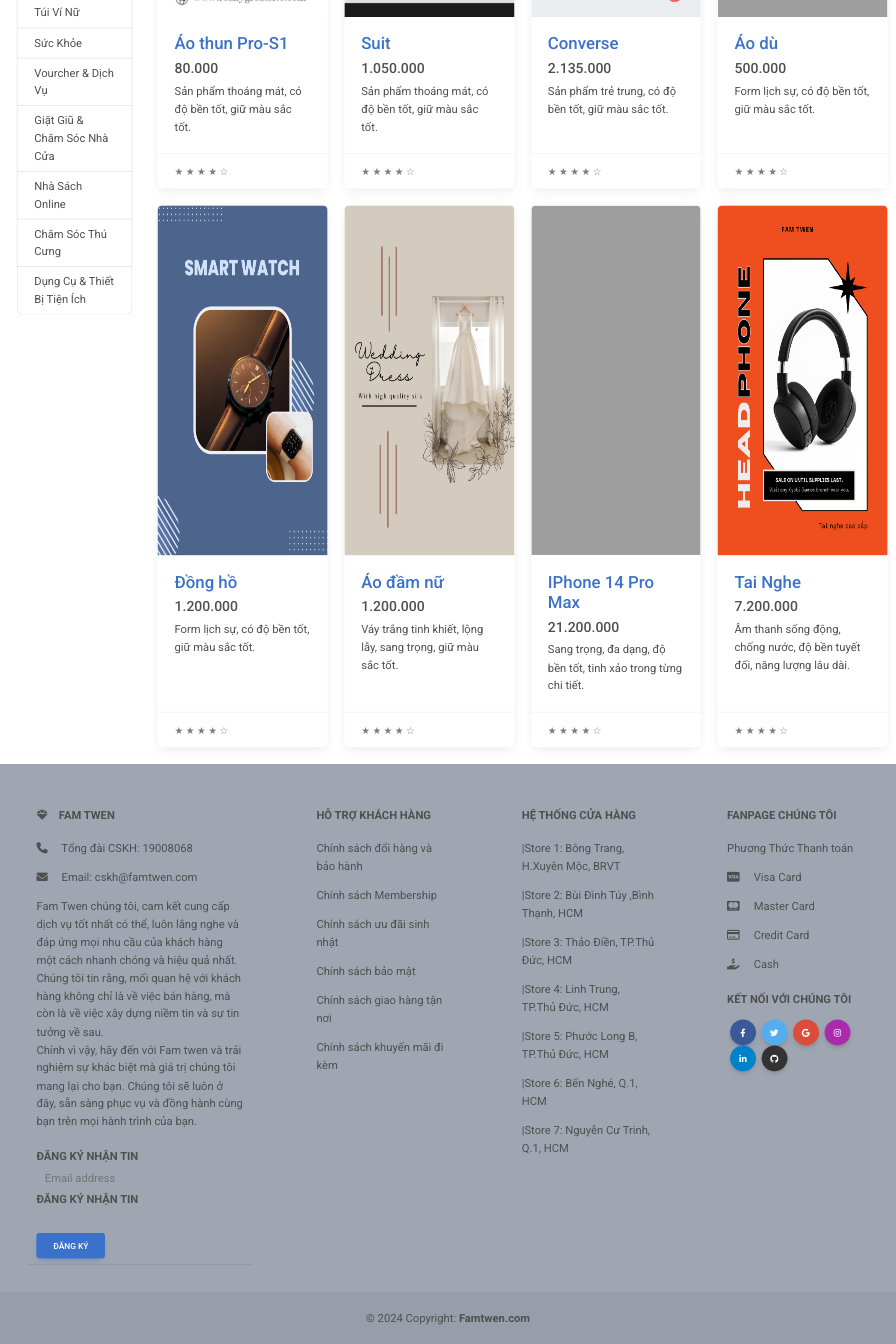
Repository: famtwendev/JSP_workspace
Page: http://localhost/Bai24_Bookstore11_GomNhomCacSuKien/
These files come from the project's save history. The page is drawn as it stood at one moment and after the next save; the edit follows.
The browser window is 1280 px wide. The pictures show the part of the page from y = 829 to 2749 px (the page is 2749 px tall before and 2687 px after), at 70% of full size.
Pictures or frames that could not be fetched are drawn as grey boxes. The page is served by Tomcat 9. Other server files are loaded and not shown.

Above is the page before, as saved 2024-03-23 14:11:35.
Console error: SyntaxError: Cannot use import statement outside a module

### Bai24_Bookstore11_GomNhomCacSuKien/src/main/webapp/index.jsp
<%@page import="model.KhachHang"%>
<%@ page language="java" contentType="text/html; charset=UTF-8" pageEncoding="UTF-8"%>
<!DOCTYPE html>
<html>
<head>
<meta charset="UTF-8">
<meta name="viewport" content="width=device-width, initial-scale=1.0">
<title>Bookstore</title>
<!-- MDB icon -->
<link rel="icon" href="img/mdb-favicon.ico" type="image/x-icon" />
<!-- Font Awesome -->
<link rel="stylesheet"
	href="https://cdnjs.cloudflare.com/ajax/libs/font-awesome/6.0.0/css/all.min.css" />
<!-- Google Fonts Roboto -->
<link rel="stylesheet"
	href="https://fonts.googleapis.com/css2?family=Roboto:wght@300;400;500;700;900&display=swap" />
<%
String url = request.getScheme() + "://" + request.getServerName() + ":" + request.getServerPort()
		+ request.getContextPath();
%>
<link rel="stylesheet" href="<%=url%>/css/mdb.min.css">
</head>
<body>
	<div>
		<!-- Navbar -->
		<nav class="navbar navbar-expand-lg navbar-light bg-body-tertiary">
			<!-- Container wrapper -->
			<div class="container-fluid">
				<!-- Toggle button -->
				<button data-mdb-collapse-init class="navbar-toggler" type="button"
					data-mdb-target="#navbarSupportedContent" aria-controls="navbarSupportedContent"
					aria-expanded="false" aria-label="Toggle navigation">
					<i class="fas fa-bars"></i>
				</button>

				<!-- Collapsible wrapper -->
				<div class="collapse navbar-collapse" id="navbarSupportedContent">
					<!-- Navbar brand -->
					<a class="navbar-brand mt-2 mt-lg-0" href="./dangky.jsp">
						<img src="<%=url%>/img/kologo.svg" height="50" alt="Fam Twen Logo" loading="lazy" />
					</a>
					<!-- Left links -->
					<ul class="navbar-nav me-auto mb-2 mb-lg-0">
						<li class="nav-item"><a class="nav-link" href="#">Trang chủ</a></li>
						<li class="nav-item"><a class="nav-link" href="#">Giảm giá</a></li>


						<li class="nav-item dropdown"><span class="nav-link dropdown-toggle"
							role="button" data-bs-toggle="dropdown" data-mdb-dropdown-init data-mdb-ripple-init
							aria-expanded="false"> Thể loại </span>
							<ul class="dropdown-menu">
								<li><a class="dropdown-item" href="#">Quần Jeans</a></li>
								<li><a class="dropdown-item" href="#">Áo polo</a></li>
								<li><hr class="dropdown-divider"></li>
								<li><a class="dropdown-item" href="#">Hoodie</a></li>
							</ul></li>
						<li class="nav-item"><a class="nav-link disabled" aria-disabled="true" href="#">Hết
								hàng</a></li>
					</ul>

					<!-- Left links -->
				</div>
				<!-- Collapsible wrapper -->

				<!-- Right elements -->
				<div class="d-flex align-items-center">


					<input type="search" class="form-control rounded" placeholder="Search"
						aria-label="Search" aria-describedby="search-addon" />
					<span class="input-group-text border border-dark border-0" id="search-addon">
						<i class="fas fa-search"></i>
					</span>
					<%
					Object objKH = session.getAttribute("khachHang");
					KhachHang khachHang = null;
					if (objKH != null)
						khachHang = (KhachHang) objKH;
					if (khachHang == null) {
					%>
					<a data-mdb-ripple-init class="btn btn-link border border-primary px-3 me-2"
						style="white-space: nowrap;" href="dangnhap.jsp">Đăng nhập</a>
					<a data-mdb-ripple-init class="btn btn-primary me-3" style="white-space: nowrap;"
						href="dangky.jsp">Đăng ký</a>
					<%
					} else {
					%>
					<!-- Icon -->
					<a class="text-reset me-3 px-2" href="#">
						<i class="fas fa-shopping-cart"></i>
					</a>

					<!-- Notifications -->
					<div class="dropdown px-2">
						<a data-mdb-dropdown-init class="text-reset me-3 dropdown-toggle hidden-arrow"
							href="#" id="navbarDropdownMenuLink" role="button" aria-expanded="false">
							<i class="fas fa-bell"></i> <span
								class="badge rounded-pill badge-notification bg-danger">1</span>
						</a>
						<ul class="dropdown-menu dropdown-menu-end" aria-labelledby="navbarDropdownMenuLink">
							<li><a class="dropdown-item" href="#">Thông báo mới</a></li>
							<li><a class="dropdown-item" href="#">Thông báo đã đọc</a></li>
							<li><a class="dropdown-item" href="#">Thông báo đã ẩn</a></li>
						</ul>
					</div>
					<!-- Avatar -->
					<div class="dropdown px-2">
						<a data-mdb-dropdown-init
							class="dropdown-toggle d-flex align-items-center hidden-arrow" href="#"
							id="navbarDropdownMenuAvatar" role="button" aria-expanded="false">
							<img src="<%=url%>/img/kologo.svg" class="rounded-circle" height="25"
								alt="User icon" loading="lazy" />
						</a>
						<ul class="dropdown-menu dropdown-menu-end"
							aria-labelledby="navbarDropdownMenuAvatar">
							<li><a class="dropdown-item fs-6 fw-bolder" href="./index.jsp">
									Xin chào,
									<%=khachHang.getHoVaTen()%></a></li>
							<li><hr class="dropdown-divider"></li>
							<li><a class="dropdown-item" href="#">Đơn hàng của tôi</a></li>
							<li><a class="dropdown-item" href="#">Thông báo</a></li>
							<li><a class="dropdown-item" href="thaydoithongtinKH.jsp">Thay đổi thông
									tin</a></li>
							<li><a class="dropdown-item" href="doimatkhau.jsp">Đổi mật khẩu</a></li>
							<li><hr class="dropdown-divider"></li>
							<li><a class="dropdown-item" href="dang-xuat">Đăng xuất</a></li>
						</ul>
					</div>
					<%
					}
					%>
				</div>
			</div>
			<!-- Right elements -->

			<!-- Container wrapper -->
		</nav>
		<!-- Navbar -->


		<!-- Page content -->
		<section class="container-fluid">
			<div class="row">
				<div class="col-sm-6 col-lg-2 col">
					<div class="container-fluid mt-3">
						<div class="list-group">
							<a href="#" class="list-group-item list-group-item-dark">Danh Mục Sản Phẩm</a>
							<a href="#" class="list-group-item list-group-item-action">Điện Thoại & Phụ
								Kiện</a>
							<a href="#" class="list-group-item list-group-item-action">Máy Ảnh & Quay Phim</a>
							<a href="#" class="list-group-item list-group-item-action">Máy Tính & Laptop</a>
							<a href="#" class="list-group-item list-group-item-action">Thời Trang Nam</a>
							<a href="#" class="list-group-item list-group-item-action">Thời Trang Nữ</a>
							<a href="#" class="list-group-item list-group-item-action">Giày Dép Nữ</a>
							<a href="#" class="list-group-item list-group-item-action">Giày Dép Nam</a>
							<a href="#" class="list-group-item list-group-item-action">Mẹ & Bé</a>
							<a href="#" class="list-group-item list-group-item-action">Thời Trang Trẻ Em</a>
							<a href="#" class="list-group-item list-group-item-action">Đồng hồ</a>
							<a href="#" class="list-group-item list-group-item-action">Phụ Kiện & Trang Sức
								Nữ</a>
							<a href="#" class="list-group-item list-group-item-action">Ô Tô & Xe Máy & Xe
								Đạp</a>
							<a href="#" class="list-group-item list-group-item-action">Túi Ví Nữ</a>
							<a href="#" class="list-group-item list-group-item-action">Sức Khỏe</a>
							<a href="#" class="list-group-item list-group-item-action">Vourcher & Dịch Vụ</a>
							<a href="#" class="list-group-item list-group-item-action">Giặt Giũ & Chăm Sóc
								Nhà Cửa</a>
							<a href="#" class="list-group-item list-group-item-action">Nhà Sách Online</a>
							<a href="#" class="list-group-item list-group-item-action">Chăm Sóc Thú Cưng</a>
							<a href="#" class="list-group-item list-group-item-action">Dụng Cụ & Thiết Bị
								Tiện Ích</a>
						</div>
					</div>
				</div>
				<div class="col-sm-6 col-lg-10">
					<div class="row">
						<!-- Carousel wrapper -->
						<div class="carousel slide carousel-fade" id="carouselBasicExample"
							data-mdb-ride="carousel" data-mdb-carousel-init>
							<!-- Indicators -->
							<div class="carousel-indicators">
								<button type="button" data-mdb-target="#carouselBasicExample"
									data-mdb-slide-to="0" class="active" aria-current="true" aria-label="Slide 1"></button>
								<button type="button" data-mdb-target="#carouselBasicExample"
									data-mdb-slide-to="1" aria-label="Slide 2"></button>
								<button type="button" data-mdb-target="#carouselBasicExample"
									data-mdb-slide-to="2" aria-label="Slide 3"></button>
							</div>

							<!-- Inner -->
							<div class="carousel-inner">
								<!-- Single item -->
								<div class="carousel-item active">
									<img src="./img/slider/5.png" class="d-block w-100" alt="Sunset Over the City" />
									<div class="carousel-caption d-none d-md-block">
										<h5>First slide label</h5>
										<p>Nulla vitae elit libero, a pharetra augue mollis interdum.</p>
									</div>
								</div>

								<!-- Single item -->
								<div class="carousel-item">
									<img src="./img/slider/3.png" class="d-block w-100" alt="Canyon at Nigh" />
									<div class="carousel-caption d-none d-md-block">
										<h5>Second slide label</h5>
										<p>Lorem ipsum dolor sit amet, consectetur adipiscing elit.</p>
									</div>
								</div>

								<!-- Single item -->
								<div class="carousel-item">
									<img src="./img/slider/2.png" class="d-block w-100"
										alt="Cliff Above a Stormy Sea" />
									<div class="carousel-caption d-none d-md-block">
										<h5>Third slide label</h5>
										<p>Praesent commodo cursus magna, vel scelerisque nisl consectetur.</p>
									</div>
								</div>
							</div>
							<!-- Inner -->

							<!-- Controls -->
							<button class="carousel-control-prev" type="button"
								data-mdb-target="#carouselBasicExample" data-mdb-slide="prev">
								<span class="carousel-control-prev-icon" aria-hidden="true"></span> <span
									class="visually-hidden">Previous</span>
							</button>
							<button class="carousel-control-next" type="button"
								data-mdb-target="#carouselBasicExample" data-mdb-slide="next">
								<span class="carousel-control-next-icon" aria-hidden="true"></span> <span
									class="visually-hidden">Next</span>
							</button>
						</div>
						<!-- Carousel wrapper -->
					</div>


					<div class="row mt-3">
						<div class="col-lg-3 mb-4">
							<div class="card h-100">
								<a href="#">
									<img class="card-img-top" src="img/products/1.png" alt="Sản phẩm áo"
										height=500rem;>
								</a>
								<div class="card-body">
									<h4 class="card-title">
										<a href="#">Áo thun Pro-S1</a>
									</h4>
									<h5>80.000</h5>
									<p class="card-text">Sản phẩm thoáng mát, có độ bền tốt, giữ màu sắc tốt.</p>
								</div>
								<div class="card-footer">
									<small class="text-muted">&#9733; &#9733; &#9733; &#9733; &#9734;</small>
								</div>
							</div>
						</div>

						<div class="col-lg-3 mb-4 ">
							<div class="card h-100">
								<a href="#">
									<img class="card-img-top" src="img/products/2.png" alt="Sản phẩm áo"
										height=500rem;>
								</a>
								<div class="card-body">
									<h4 class="card-title">
										<a href="#">Suit</a>
									</h4>
									<h5>1.050.000</h5>
									<p class="card-text">Sản phẩm thoáng mát, có độ bền tốt, giữ màu sắc tốt.</p>
								</div>
								<div class="card-footer">
									<small class="text-muted">&#9733; &#9733; &#9733; &#9733; &#9734;</small>
								</div>
							</div>
						</div>

						<div class="col-lg-3 mb-4">
							<div class="card h-100">
								<a href="#">
									<img class="card-img-top" src="img/products/shoe.png" alt="Sản phẩm giày"
										height=500rem;>
								</a>
								<div class="card-body">
									<h4 class="card-title">
										<a href="#">Converse</a>
									</h4>
									<h5>2.135.000</h5>
									<p class="card-text">Sản phẩm trẻ trung, có độ bền tốt, giữ màu sắc tốt.</p>
								</div>
								<div class="card-footer">
									<small class="text-muted">&#9733; &#9733; &#9733; &#9733; &#9734;</small>
								</div>
							</div>
						</div>

						<div class="col-lg-3 mb-4">
							<div class="card h-100">
								<a href="#">
									<img class="card-img-top" src="img/products/4.png" alt="Sản phẩm áo"
										height=500rem;>
								</a>
								<div class="card-body">
									<h4 class="card-title">
										<a href="#">Áo dù</a>
									</h4>
									<h5>500.000</h5>
									<p class="card-text">Form lịch sự, có độ bền tốt, giữ màu sắc tốt.</p>
								</div>
								<div class="card-footer">
									<small class="text-muted">&#9733; &#9733; &#9733; &#9733; &#9734;</small>
								</div>
							</div>
						</div>

						<div class="col-lg-3 mb-4">
							<div class="card h-100">
								<a href="#">
									<img class="card-img-top" src="img/products/dongho.png" alt="Sản phẩm đồng hồ"
										height=500rem;>
								</a>
								<div class="card-body">
									<h4 class="card-title">
										<a href="#">Đồng hồ</a>
									</h4>
									<h5>1.200.000</h5>
									<p class="card-text">Form lịch sự, có độ bền tốt, giữ màu sắc tốt.</p>
								</div>
								<div class="card-footer">
									<small class="text-muted">&#9733; &#9733; &#9733; &#9733; &#9734;</small>
								</div>
							</div>
						</div>

						<div class="col-lg-3 mb-4">
							<div class="card h-100">
								<a href="#">
									<img class="card-img-top" src="img/products/dress.png" alt="Sản phẩm đầm nữ"
										height=500rem;>
								</a>
								<div class="card-body">
									<h4 class="card-title">
										<a href="#">Áo đầm nữ</a>
									</h4>
									<h5>1.200.000</h5>
									<p class="card-text">Váy trắng tinh khiết, lộng lẫy, sang trọng, giữ màu sắc
										tốt.</p>
								</div>
								<div class="card-footer">
									<small class="text-muted">&#9733; &#9733; &#9733; &#9733; &#9734;</small>
								</div>
							</div>
						</div>


						<div class="col-lg-3 mb-4">
							<div class="card h-100">
								<a href="#">
									<img class="card-img-top" src="img/products/iphone.png" alt="Sản phẩm thiết bị"
										height=500rem;>
								</a>
								<div class="card-body">
									<h4 class="card-title">
										<a href="#">IPhone 14 Pro Max</a>
									</h4>
									<h5>21.200.000</h5>
									<p class="card-text">Sang trọng, đa dạng, độ bền tốt, tinh xảo trong từng chi
										tiết.</p>
								</div>
								<div class="card-footer">
									<small class="text-muted">&#9733; &#9733; &#9733; &#9733; &#9734;</small>
								</div>
							</div>
						</div>


						<div class="col-lg-3 mb-4">
							<div class="card h-100">
								<a href="#">
									<img class="card-img-top" src="img/products/tainghe.png" alt="Sản phẩm phụ kiện"
										height=500rem;>
								</a>
								<div class="card-body">
									<h4 class="card-title">
										<a href="#">Tai Nghe</a>
									</h4>
									<h5>7.200.000</h5>
									<p class="card-text">Âm thanh sống động, chống nước, độ bền tuyết đối, năng
										lượng lâu dài.</p>
								</div>
								<div class="card-footer">
									<small class="text-muted">&#9733; &#9733; &#9733; &#9733; &#9734;</small>
								</div>
							</div>
						</div>
					</div>
				</div>
			</div>

		</section>
		<!-- End Page Content -->




		<!-- Footer -->
		<footer class="text-center text-lg-start bg-secondary">

			<!-- Section: Links  -->

			<div class="container-fluid text-center text-md-start pt-3">
				<!-- Grid row -->
				<div class="row pt-5">
					<!-- Grid column -->
					<div class="col-md-3 col-lg-4 col-xl-3 mx-auto mb-4">
						<!-- Content -->
						<h6 class="text-uppercase fw-bold mb-4">
							<i class="fas fa-gem me-3"></i>FAM TWEN
						</h6>
						<p>
							<i class="fas fa-phone me-3"></i> Tổng đài CSKH: 19008068
						</p>
						<p>
							<i class="fas fa-envelope me-3"></i> Email: cskh@famtwen.com
						</p>
						<p>
							Fam Twen chúng tôi, cam kết cung cấp dịch vụ tốt nhất có thể, luôn lắng nghe và đáp
							ứng mọi nhu cầu của khách hàng một cách nhanh chóng và hiệu quả nhất. Chúng tôi tin
							rằng, mối quan hệ với khách hàng không chỉ là về việc bán hàng, mà còn là về việc
							xây dựng niềm tin và sự tin tưởng về sau.
							<br>
							Chính vì vậy, hãy đến với Fam twen và trải nghiệm sự khác biệt mà giá trị chúng tôi
							mang lại cho bạn. Chúng tôi sẽ luôn ở đây, sẵn sàng phục vụ và đồng hành cùng bạn
							trên mọi hành trình của bạn.
						</p>

						<!--Grid column-->
						<div class="col-auto">
							<p class="pt-2 m-0">
								<strong>ĐĂNG KÝ NHẬN TIN</strong>
							</p>
						</div>
						<!--Grid column-->
						<div class="row d-flex">
							<!--Grid column-->
							<div data-mdb-input-init class="col-md-8 col-8">
								<!-- Email input -->
								<div class="form-outline">
									<input type="email" id="form5Example26" class="form-control" />
									<label class="form-label" for="form5Example26">Email address</label>
								</div>
							</div>

							<div class="col-md-8 col-8">
								<!-- Email input -->
								<div class="form-outline">
									<strong>ĐĂNG KÝ NHẬN TIN</strong>
									<input type="email" id="form5Example26" class="form-control"/>
								</div>
							</div>



							<!--Grid column-->
							<div class="col-auto mb-2">
								<!-- Submit button -->
								<button data-mdb-ripple-init type="submit" class="btn btn-primary">Đăng
									ký</button>
							</div>
							<hr>
						</div>
					</div>
					<!-- Grid column -->

					<!-- Grid column -->
					<div class="col-md-2 col-lg-2 col-xl-2 mx-auto mb-3">
						<!-- Links -->
						<h6 class="text-uppercase fw-bold mb-4">HỖ TRỢ KHÁCH HÀNG</h6>
						<p>
							<a href="#!" class="text-reset">Chính sách đổi hàng và bảo hành</a>
						</p>
						<p>
							<a href="#!" class="text-reset">Chính sách Membership</a>
						</p>
						<p>
							<a href="#!" class="text-reset">Chính sách ưu đãi sinh nhật</a>
						</p>
						<p>
							<a href="#!" class="text-reset">Chính sách bảo mật</a>
						</p>
						<p>
							<a href="#!" class="text-reset">Chính sách giao hàng tận nơi</a>
						</p>
						<p>
							<a href="#!" class="text-reset">Chính sách khuyến mãi đi kèm</a>
						</p>
					</div>
					<!-- Grid column -->

					<!-- Grid column -->
					<div class="col-md-3 col-lg-2 col-xl-2 mx-auto mb-3">
						<!-- Links -->
						<h6 class="text-uppercase fw-bold mb-4">HỆ THỐNG CỬA HÀNG</h6>
						<p>
							<a href="#!" class="text-reset">|Store 1: Bông Trang, H.Xuyên Mộc, BRVT</a>
						</p>
						<p>
							<a href="#!" class="text-reset">|Store 2: Bùi Đình Túy ,Bình Thạnh, HCM</a>
						</p>
						<p>
							<a href="#!" class="text-reset">|Store 3: Thảo Điền, TP.Thủ Đức, HCM</a>
						</p>
						<p>
							<a href="#!" class="text-reset">|Store 4: Linh Trung, TP.Thủ Đức, HCM</a>
						</p>
						<p>
							<a href="#!" class="text-reset">|Store 5: Phước Long B, TP.Thủ Đức, HCM</a>
						</p>
						<p>
							<a href="#!" class="text-reset">|Store 6: Bến Nghé, Q.1, HCM</a>
						</p>
						<p>
							<a href="#!" class="text-reset">|Store 7: Nguyễn Cư Trinh, Q.1, HCM</a>
						</p>
					</div>
					<!-- Grid column -->

					<!-- Grid column -->
					<div class="col-md-3 col-lg-2 col-xl-2 mx-auto mb-3">
						<!-- Links -->
						<h6 class="text-uppercase fw-bold mb-4">FANPAGE CHÚNG TÔI</h6>
						<p>
							<a href="#!" class="text-reset">Phương Thức Thanh toán</a>
						</p>
						<p>
							<i class="fab fa-cc-visa me-3"></i> Visa Card
						</p>
						<p>
							<i class="fab fa-cc-mastercard me-3"></i> Master Card
						</p>
						<p>
							<i class="far fa-credit-card me-3"></i> Credit Card
						</p>
						<p>
							<i class="fas fa-hand-holding-dollar me-3"></i> Cash
						</p>
						<!--Grid column-->

						<p class="pt-2">
							<b>KẾT NỐI VỚI CHÚNG TÔI</b>
						</p>

						<div class="row d-flex align-items-center m-0 p-0">
							<!-- Facebook -->
							<a data-mdb-ripple-init class="btn text-white btn-floating mx-1"
								style="background-color: #3b5998;" href="#!" role="button">
								<i class="fab fa-facebook-f"></i>
							</a>

							<!-- Twitter -->
							<a data-mdb-ripple-init class="btn text-white btn-floating mx-1"
								style="background-color: #55acee;" href="#!" role="button">
								<i class="fab fa-twitter"></i>
							</a>

							<!-- Google -->
							<a data-mdb-ripple-init class="btn text-white btn-floating mx-1"
								style="background-color: #dd4b39;" href="#!" role="button">
								<i class="fab fa-google"></i>
							</a>

							<!-- Instagram -->
							<a data-mdb-ripple-init class="btn text-white btn-floating mx-1"
								style="background-color: #ac2bac;" href="#!" role="button">
								<i class="fab fa-instagram"></i>
							</a>

							<!-- Linkedin -->
							<a data-mdb-ripple-init class="btn text-white btn-floating mx-1"
								style="background-color: #0082ca;" href="#!" role="button">
								<i class="fab fa-linkedin-in"></i>
							</a>
							<!-- Github -->
							<a data-mdb-ripple-init class="btn text-white btn-floating mx-1"
								style="background-color: #333333;" href="#!" role="button">
								<i class="fab fa-github"></i>
							</a>
							<!-- Section: Social media -->
						</div>
					</div>
					<!-- Grid column -->
				</div>
				<!-- Grid row -->
			</div>
			<!-- Section: Links  -->

			<!-- Copyright -->
			<div class="text-center p-4" style="background-color: rgba(0, 0, 0, 0.05);">
				© 2024 Copyright:
				<a class="text-reset fw-bold" href="https://mdbootstrap.com/">Famtwen.com</a>
			</div>
			<!-- Copyright -->
		</footer>
		<!-- Footer -->





		<script type="text/javascript">
		import { Dropdown, Ripple, initMDB } from "mdb-ui-kit";
		initMDB({ Dropdown, Ripple });
		</script>
		<!-- MDB -->
		<script type="text/javascript" src="<%=url%>/js/mdb.umd.min.js"></script>
	</div>

</body>
</html>

Loaded but not shown: Bai24_Bookstore11_GomNhomCacSuKien/src/main/webapp/css/mdb.min.css (library); Bai24_Bookstore11_GomNhomCacSuKien/src/main/webapp/js/mdb.umd.min.js (library); Bai24_Bookstore11_GomNhomCacSuKien/src/main/webapp/img/kologo.svg (36 lines, source omitted)

After the next save:
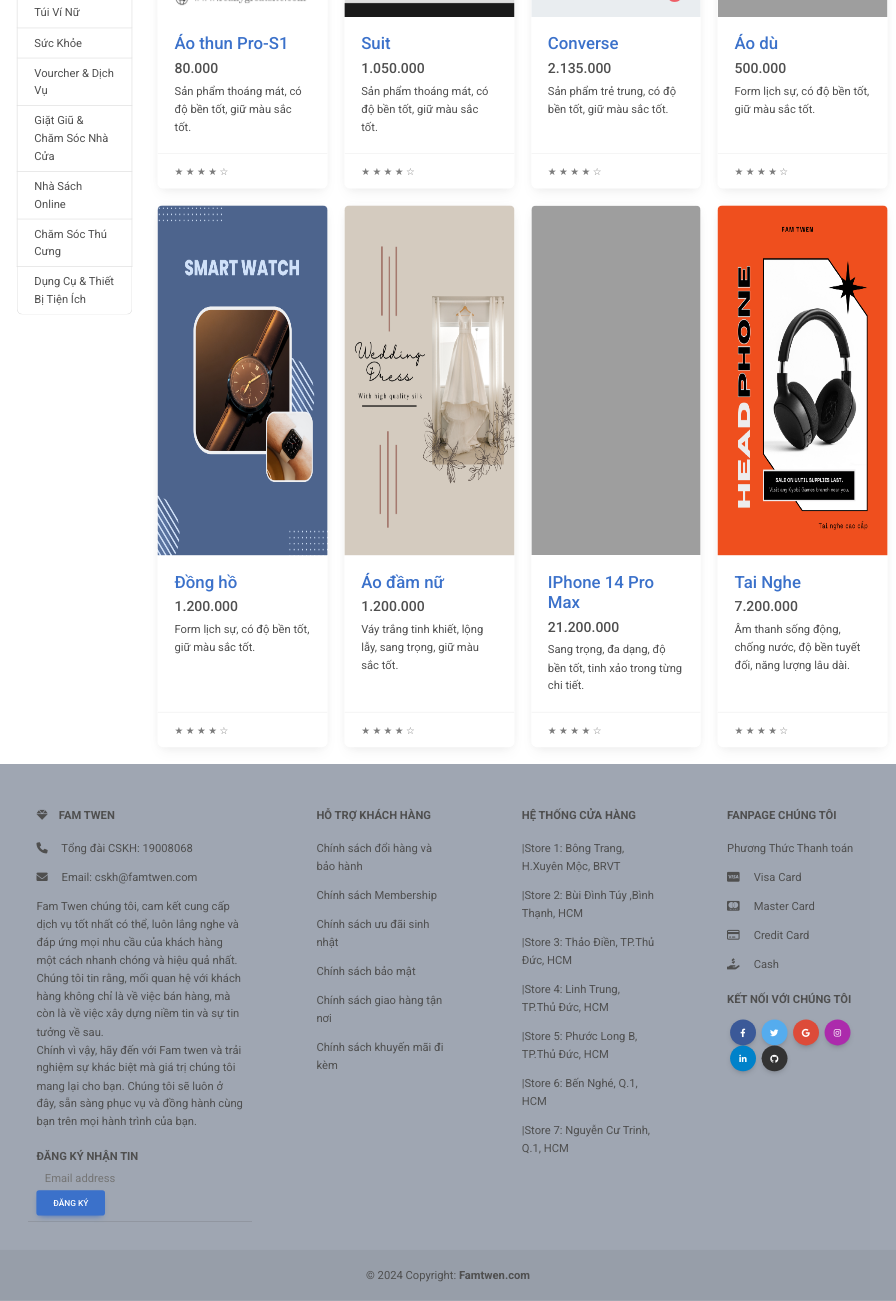
Saved 15 s later.
--- a/Bai24_Bookstore11_GomNhomCacSuKien/src/main/webapp/index.jsp
+++ b/Bai24_Bookstore11_GomNhomCacSuKien/src/main/webapp/index.jsp
@@ -450,16 +450,6 @@ String url = request.getScheme() + "://" + request.getServerName() + ":" + reque
 								</div>
 							</div>
 
-							<div class="col-md-8 col-8">
-								<!-- Email input -->
-								<div class="form-outline">
-									<strong>ĐĂNG KÝ NHẬN TIN</strong>
-									<input type="email" id="form5Example26" class="form-control"/>
-								</div>
-							</div>
-
-
-
 							<!--Grid column-->
 							<div class="col-auto mb-2">
 								<!-- Submit button -->
